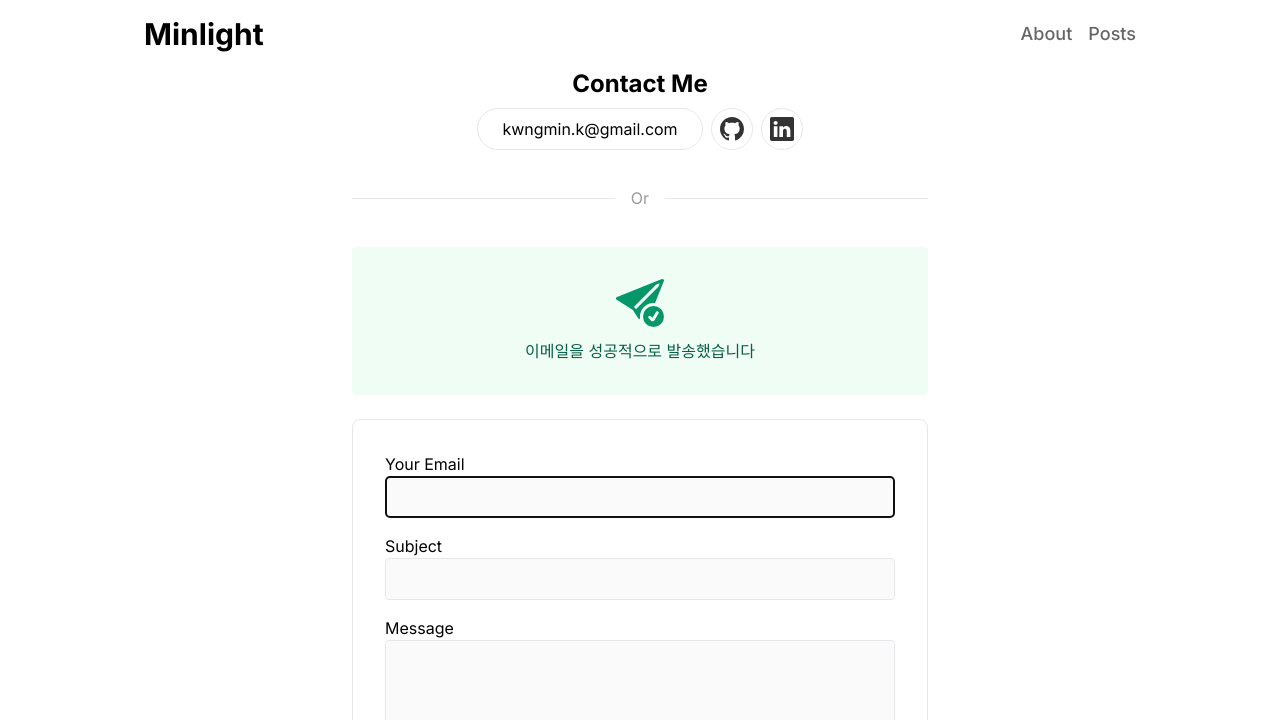
Repository: kwngmin/minlight-blog
Page: /contact
These files come from the project's save history. The page is drawn as it stood at one moment and after the next save; the edit follows.
The browser window is 1280 px wide. The pictures show the whole page.
An inner scrolling area shows only its first screen. The project was rebuilt for these pictures with package versions that can differ from the ones it lists, and the page was loaded fresh each time. The framework's server and built-in components were replaced by stand-ins that run in the browser. Also part of the build but not shown: next.config.js.

Above is the page before, as saved 2023-04-03 17:40:26.

After the next save:
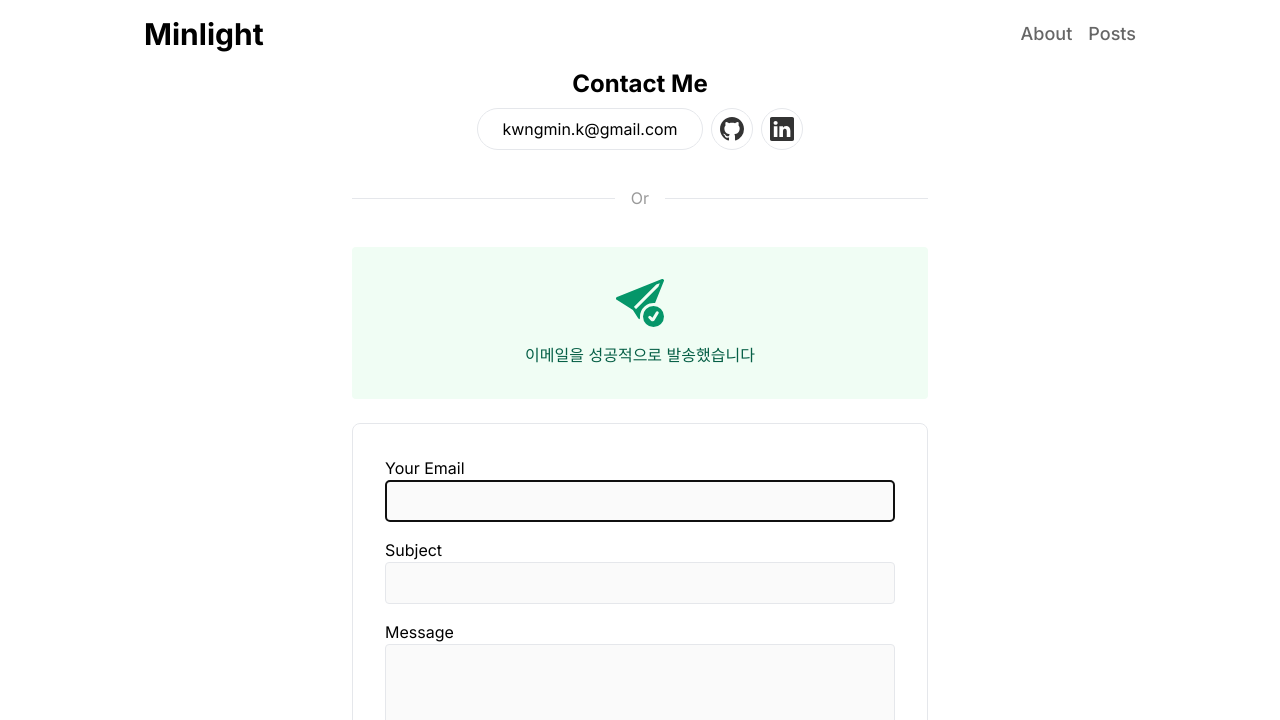
Saved 4 s later.
--- a/src/components/ContactForm.tsx
+++ b/src/components/ContactForm.tsx
@@ -39,7 +39,7 @@ export default function ContactForm() {
       {/* {banner && <Banner banner={banner} />}
        */}
       <div className="bg-green-50 px-4 py-8 mb-6 rounded flex flex-col items-center text-emerald-800">
-        <BsSendCheckFill className="text-5xl mb-3 text-emerald-600" />
+        <BsSendCheckFill className="text-5xl mb-4 text-emerald-600" />
         <span>{`이메일을 성공적으로 발송했습니다`}</span>
       </div>
       <form
